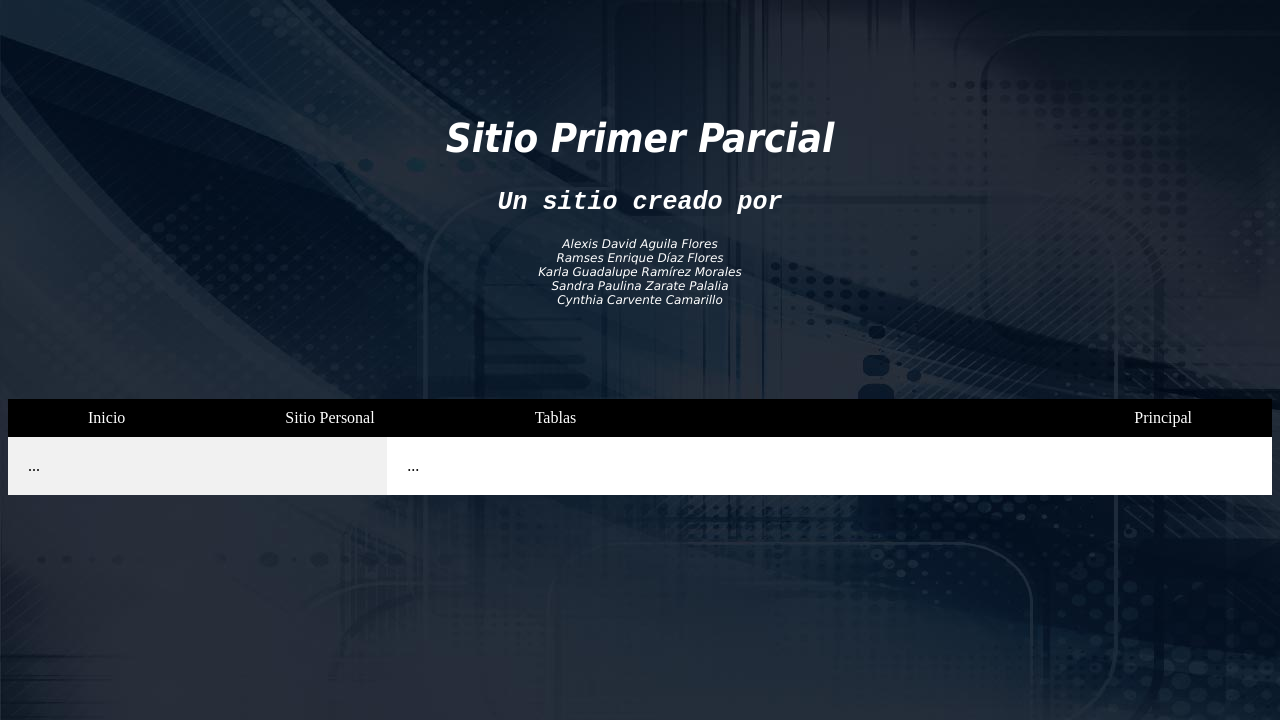
Repository: Dogueen/miniProyectoUniversidad
Page: miniProyecto/principal.html
These files come from the project's save history. The page is drawn as it stood at one moment and after the next save; the edit follows.
The browser window is 1280 px wide. The pictures show the whole page.

Above is the page before, as saved 2023-10-27 19:04:11.

### miniProyecto/principal.html
<!DOCTYPE html>
<html lang="es">

    <head>
        <title>Ejemplo de un Website</title>
        <meta charset="UTF-8">
        <meta name="viewport" content="width=device-width, initial-scale=1">
        <link rel="stylesheet" type="text/css" href="styles/principal.css" />

        <style>
     </style>
    </head>

    <body>

        <div class="header">
            <h1>Sitio Primer Parcial</h1>
            <h2> Un sitio creado por</h2>
            <dl>
                <dt>Alexis David Aguila Flores</dt>
                <dt>Ramses Enrique Díaz Flores</dt>
                <dt>Karla Guadalupe Ramírez Morales</dt>
                <dt>Sandra Paulina Zarate Palalia</dt>
                <dt>Cynthia Carvente Camarillo</dt>
            </dl>
        </div>

        <div class="navbar">
            <a href="pages/inicio.html">Inicio</a>
            <a href="pages/personal.html">Sitio Personal</a>
            <a href="pages/tablas.html">Tablas</a>
            <a href="principal.html" class="right">Principal</a>
        </div>

        <div class="row">
            <div class="side">...</div>
            <div class="main">...</div>
        </div>

    </body>

</html>

### miniProyecto/styles/principal.css
body {
    background-image: url("../images/bg-img.jpg");
    /* Rest of your styles */
}

.header {
    padding: 80px;
    /* some padding */
    text-align: center;
    /* center the text */
    /* green background */
    color: white;
    /* white text color */
}

/* Increase the font size of the <h1> element */
.header h1  {
    font-size: 40px;
    font-style: italic ;
    font-family: Tahoma ;

}

.header h2  {
    font-size: 25px;
    font-style: italic ;
    font-family: monospace;

}

.header dl  {
    font-size: 12px;
    font-style: italic ;
    font-family: Verdana, Geneva, Tahoma, sans-serif;

}

/* Style the top navigation bar */
.navbar {
    overflow: hidden;
    /* Hide overflow */
    background-color: #000000;
    /* Dark background color */
}

/* Style the navigation bar links */
.navbar a {
    float: left;
    /* Make sure that the links stay side-by-side */
    display: block;
    /* Change the display to block, for responsive reasons (see below) */
    color: white;
    /* White text color */
    text-align: center;
    /* Center the text */
    padding: 10px 80px;
    /* Add some padding */
    text-decoration: none;
    /* Remove underline */
}

.navbar a:hover {
    background-color: #ddd;
    /* Grey background color */
    color: black;
    /* Black text color */
}

.navbar a.right {
    float: right; /* Float a link to the right */
  }


* {
    box-sizing: border-box;
}

/* Column container */
.row {
    display: flex;
    flex-wrap: wrap;
}

/* Create two unequal columns that sits next to each other */
/* Sidebar/left column */
.side {
    flex: 30%;
    /* Set the width of the sidebar */
    background-color: #f1f1f1;
    /* Grey background color */
    padding: 20px;
    /* Some padding */
}

/* Main column */
.main {
    flex: 70%;
    /* Set the width of the main content */
    background-color: white;
    /* White background color */
    padding: 20px;
    /* Some padding */
}

/* Responsive layout - when the screen is less than 700px wide, make the two columns stack on top of each other instead of next to each other */
@media screen and (max-width: 700px) {
    .row {
      flex-direction: column;
    }
  }

  /* Responsive layout - when the screen is less than 400px wide, make the navigation links stack on top of each other instead of next to each other */
  @media screen and (max-width: 400px) {
    .navbar a {
      float: none;
      width: 100%;
    }
  }

After the next save:
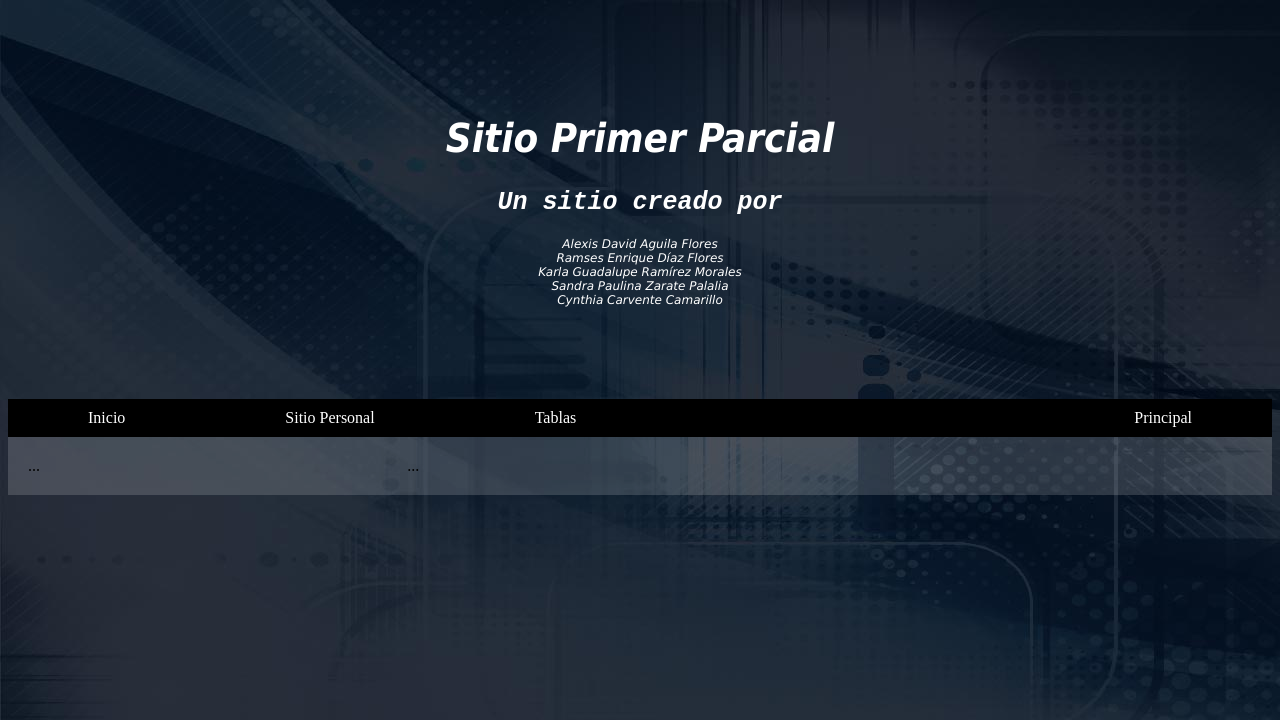
Saved 24 s later.
--- a/miniProyecto/styles/principal.css
+++ b/miniProyecto/styles/principal.css
@@ -86,7 +86,7 @@ body {
 .side {
     flex: 30%;
     /* Set the width of the sidebar */
-    background-color: #f1f1f1;
+    background-color: #f1f1f12a;
     /* Grey background color */
     padding: 20px;
     /* Some padding */
@@ -96,7 +96,7 @@ body {
 .main {
     flex: 70%;
     /* Set the width of the main content */
-    background-color: white;
+    background-color: #f1f1f12a;
     /* White background color */
     padding: 20px;
     /* Some padding */
